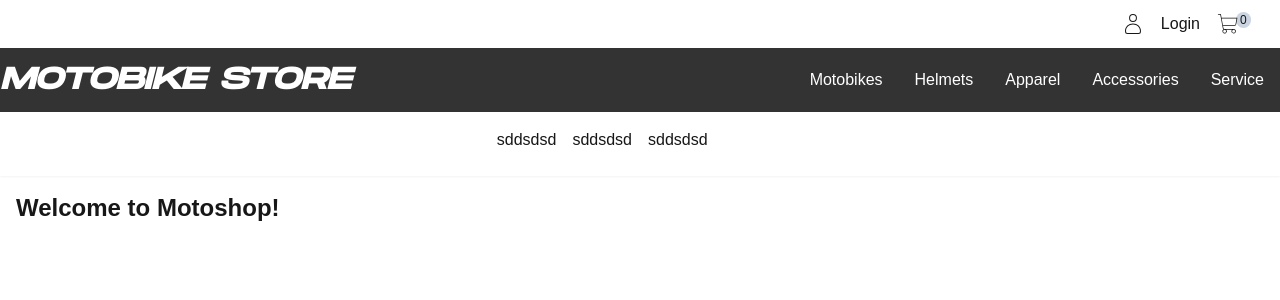
Repository: Than-sothearak/next-motoshop
Page: /
These files come from the project's save history. The page is drawn as it stood at one moment and after the next save; the edit follows.
The browser window is 1280 px wide. The pictures show the whole page.
The project was rebuilt for these pictures with package versions that can differ from the ones it lists, and the page was loaded fresh each time. The framework's server and built-in components were replaced by stand-ins that run in the browser. Also part of the build but not shown: next.config.mjs.

Above is the page before, as saved 2024-10-10 21:28:47.

After the next save:
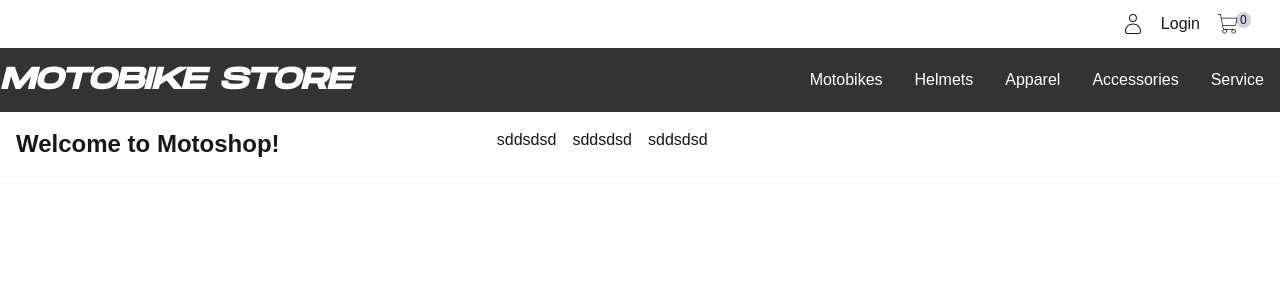
Saved 38 s later.
--- a/app/components/Navbar.js
+++ b/app/components/Navbar.js
@@ -58,7 +58,7 @@ export default function Navbar() {
         </div>
       </nav>
 
-      <div className="shadow-sm p-4 h-16 container mx-auto  justify-center flex">
+      <div className="shadow-sm p-4 h-16 container mx-auto  justify-center flex absolute">
         <div>
           <ul className="grid grid-cols-4 gap-4">
             <a>sddsdsd</a>
